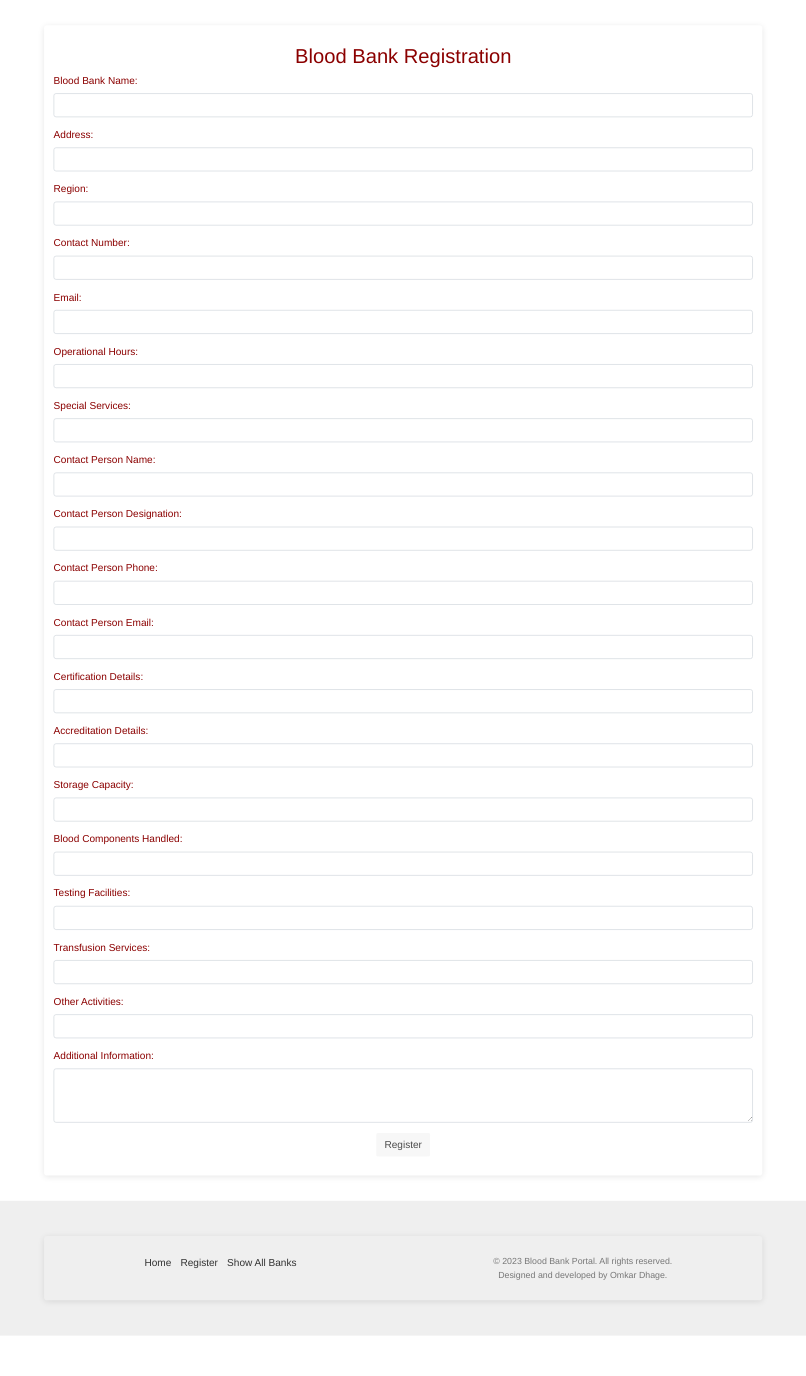
Repository: omi4535/Decentralized_Blood_Bank_System
Page: http://localhost/blood_bank_system/registration.jsp
The author's editor kept a copy of each file at every save. The page is drawn from the files as they stood at one save, then again after the next save.
The browser window is 1280 px wide. The pictures show the whole page, at 63% of full size.
Some web libraries are served in a nearby version. The page is served by Tomcat 9.

Above is the page before, as saved 2023-07-03 10:15:03.

After the next save:
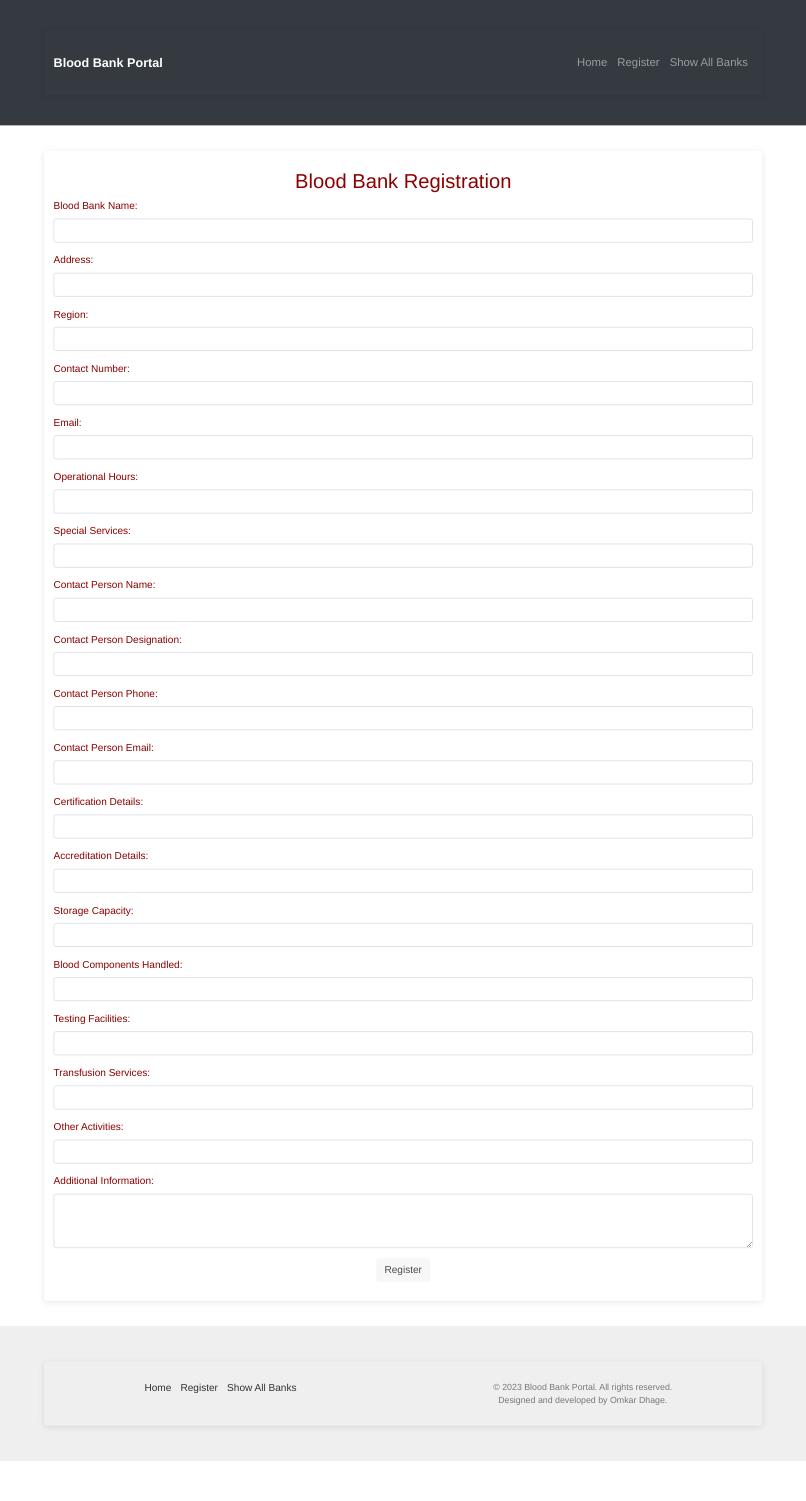
Saved 43 s later.
--- a/blood bank system/src/main/webapp/registration.jsp
+++ b/blood bank system/src/main/webapp/registration.jsp
@@ -76,6 +76,8 @@ background-color: #6c2020;
 </head>
 
 <body>
+
+<%@ include file="NavBar.jsp"%>
 
 	<div class="container">
 		<div class="form_regi">
